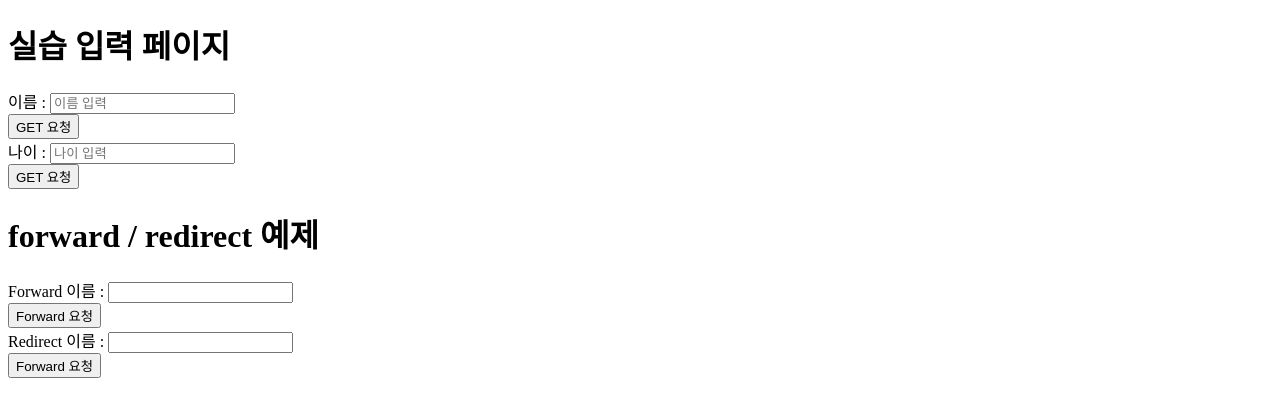
Repository: bjy5656/jsp
Page: http://localhost/day02_task/
These files come from the project's save history. The page is drawn as it stood at one moment and after the next save; the edit follows.
The browser window is 1280 px wide. The pictures show the whole page.
The page is served by Tomcat 9.

Above is the page before, as saved 2025-08-08 09:25:29.

After the next save:
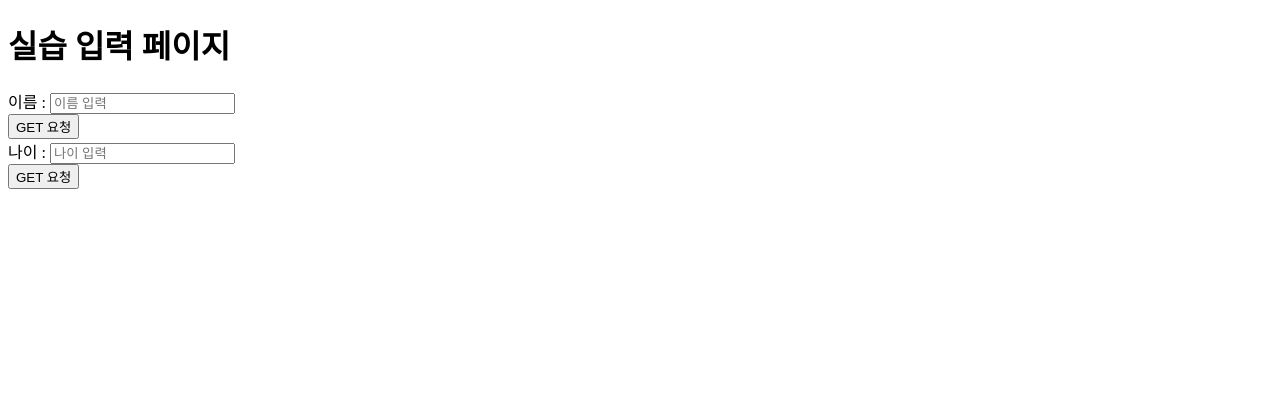
Saved 29 s later.
--- a/day02_task/src/main/webapp/index.jsp
+++ b/day02_task/src/main/webapp/index.jsp
@@ -23,18 +23,7 @@
 
 
 
-   <h1>forward / redirect 예제</h1>
-   <form action="forwardHandler" method="post">
-   	<label for="forwardName">Forward 이름 : </label>
-   	<input type="text" id="forwardName" name="forwardName"><br>
-   	<button type="submit">Forward 요청</button>
-   </form>
 
-   <form action="redirectHandler" method="post">
-   	<label for="RedirectName">Redirect 이름 : </label>
-   	<input type="text" id="RedirectName" name="RedirectName"><br>
-   	<button type="submit">Forward 요청</button>
-   </form>
 
 
 </body>
